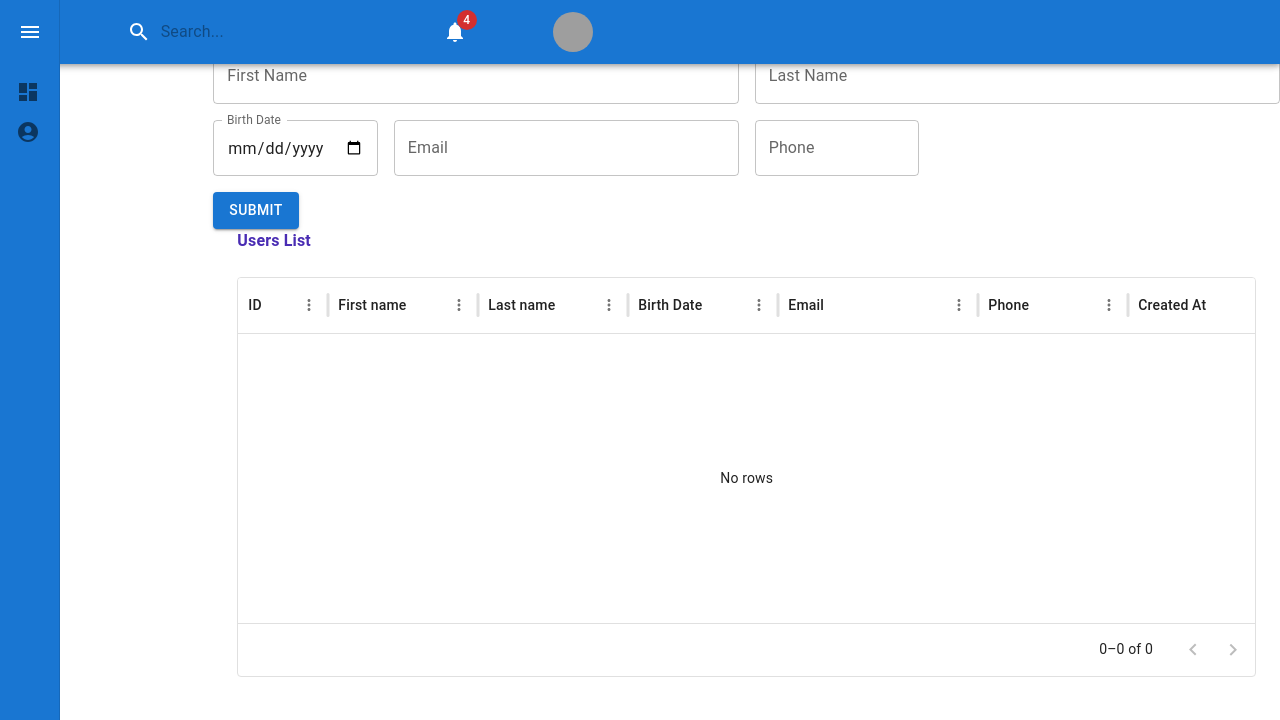
Repository: lenx0/front-client-manager
Page: /
These files come from the project's save history. The page is drawn as it stood at one moment and after a run of saves; the edit follows.
The browser window is 1280 px wide. The pictures show the whole page.
Pictures or frames that could not be fetched are drawn as grey boxes. The page's requests for data from a server got no answer. The project was rebuilt for these pictures with package versions that can differ from the ones it lists, and the page was loaded fresh each time. No one was signed in, and anything a server would have sent is missing. Also part of the build but not shown: vite.config.js, src/App.css.

Above is the page before, as saved 2024-06-25 13:18:45.

### index.html
<!doctype html>
<html lang="en">
  <head>
    <meta charset="UTF-8" />
    <meta name="viewport" content="width=device-width, initial-scale=1.0" />
    <title>Client Manager</title>
  </head>
  <body>
    <div id="root"></div>
    <script type="module" src="/src/main.jsx"></script>
  </body>
</html>

### src/App.jsx
import { Box, Grid } from '@mui/material'
import './App.css'
import UserForm from './components/UserForm'
import UserList from './components/UserList'
import Header from './components/Layout/Header'
import Sidebar from './components/Layout/Sidebar'

function App() {

  return (
    <Grid container>
      <Grid item xs={12}>
        <Header />
      </Grid>
      <Grid item xs={2}>
        <Sidebar />
      </Grid>
      <Grid item xs={10}>
        <UserForm />
        <UserList />
      </Grid>
    </Grid>
  )
}

export default App

### src/components/UserForm.jsx
import React from 'react';
import { useForm } from 'react-hook-form';
import CustomInput from './CustomInput';
import { Button, Grid, Typography } from '@mui/material';
import axios from 'axios';

const UserForm = () => {
  const { handleSubmit, control, reset } = useForm();

  const onSubmit = async (data) => {
    try {
      const response = await axios.post('http://localhost:3100/v1/users/create', data);
      console.log('Dados enviados com sucesso:', response.data);
      reset();
    } catch (error) {
      console.error('Erro ao enviar dados:', error);
    }
  };

  return (
    <Grid container direction="column" xs={12}>
      <Typography fontWeight={700} pb={3} color="#492cb3">
        General Details
      </Typography>
      <form onSubmit={handleSubmit(onSubmit)}>
        <Grid container spacing={2}>
          <Grid item xs={6}>
            <CustomInput
              name="firstName"
              control={control}
              label="First Name"
              rules={{ required: 'First name is required' }}
            />
          </Grid>
          <Grid item xs={6}>
            <CustomInput
              name="lastName"
              control={control}
              label="Last Name"
              rules={{ required: 'Last name is required' }}
            />
          </Grid>
          <Grid item xs={2}>
            <CustomInput
              name="birthDate"
              control={control}
              label="Birth Date"
              placeHolder="none"
              type="date"
              rules={{ required: 'Birth date is required' }}
              defaultValue=""
            />
          </Grid>
          <Grid item xs={4}>
            <CustomInput
              name="email"
              control={control}
              label="Email"
              type="email"
              rules={{
                required: 'Email is required',
                pattern: {
                  value: /^[a-zA-Z0-9_.+-]+@[a-zA-Z0-9-]+\.[a-zA-Z0-9-.]+$/,
                  message: 'Enter a valid email address',
                },
              }}
            />
          </Grid>
          <Grid item xs={2}>
            <CustomInput
              name="phone"
              control={control}
              label="Phone"
              rules={{ required: 'Phone number is required' }}
            />
          </Grid>
          <Grid item xs={12}>
            <Button type="submit" variant="contained" color="primary">
              Submit
            </Button>
          </Grid>
        </Grid>
      </form>
    </Grid>
  );
};

export default UserForm;

### src/components/UserList/index.jsx
import React, { useState, useEffect } from 'react';
import { DataGrid } from '@mui/x-data-grid';
import axios from 'axios';
import { Box, Container, Typography } from '@mui/material';

const UserList = () => {
  const [users, setUsers] = useState([]);
  const [loading, setLoading] = useState(true);

  useEffect(() => {
    const fetchUsers = async () => {
      try {
        const response = await axios.get('http://localhost:3100/v1/users/list');
        setUsers(response.data);
        setLoading(false);
      } catch (error) {
        console.error('Erro ao buscar usuários:', error);
        setLoading(false);
      }
    };

    fetchUsers();
  }, []);

  const columns = [
    { field: 'id', headerName: 'ID', width: 90 },
    { field: 'firstName', headerName: 'First name', width: 150 },
    { field: 'lastName', headerName: 'Last name', width: 150 },
    { field: 'birthDate', headerName: 'Birth Date', width: 150 },
    { field: 'email', headerName: 'Email', width: 200 },
    { field: 'phone', headerName: 'Phone', width: 150 },
    { field: 'moment', headerName: 'Created At', width: 180 },
  ];

  const rows = users.map((user, index) => ({
    id: index + 1,
    ...user,
  }));

  return (
    <Container>
      <Typography fontWeight={700} pb={3} color="#492cb3">Users List</Typography>
      <Box style={{ height: 400, width: '100%' }}>
        <DataGrid
          rows={rows}
          columns={columns}
          pageSize={5}
          rowsPerPageOptions={[5]}
          loading={loading}
          pagination
          paginationMode="client"
          initialState={{
            pagination: {
              paginationModel: { page: 1, pageSize: 5 }
            },
            sorting: {
              sortModel: [{ field: 'orderDate', sort: 'desc' }]
            }
          }}
        />
      </Box>
    </Container>
  );
};

export default UserList;

### src/components/Layout/Header.jsx
import React from 'react';
import { AppBar, Toolbar, InputBase, IconButton, Badge, Avatar, Grid } from '@mui/material';
import { Menu as MenuIcon, Search as SearchIcon, Notifications as NotificationsIcon, AccountCircle as AccountCircleIcon } from '@mui/icons-material';

const Header = () => {
  return (
    <AppBar position="fixed" sx={{ bgcolor: 'primary.main' }}>
      <Toolbar>
        <Grid container alignItems="center">
          <Grid item xs={1}>
            <IconButton
              size="large"
              edge="start"
              color="inherit"
              aria-label="open drawer"
            >
              <MenuIcon />
            </IconButton>
          </Grid>
          <Grid item xs={3}>
            <div style={{ display: 'flex', alignItems: 'center' }}>
              <SearchIcon style={{ marginRight: '10px' }} />
              <InputBase
                placeholder="Search..."
                inputProps={{ 'aria-label': 'search' }}
                fullWidth
              />
            </div>
          </Grid>
          <Grid item xs={1}>
            <IconButton color="inherit">
              <Badge badgeContent={4} color="error">
                <NotificationsIcon />
              </Badge>
            </IconButton>
          </Grid>
          <Grid item xs={1}>
            <Avatar alt="User Avatar" src="/avatar.jpg" sx={{ ml: 2 }} />
          </Grid>
        </Grid>
      </Toolbar>
    </AppBar>
  );
};

export default Header;

### src/components/Layout/Sidebar.jsx
import React, { useState } from 'react';
import { Drawer, List, ListItem, ListItemIcon, ListItemText, IconButton } from '@mui/material';
import { Dashboard as DashboardIcon, AccountCircle as AccountCircleIcon, Menu as MenuIcon } from '@mui/icons-material';

const Sidebar = () => {
    const [open, setOpen] = useState(false);

    const toggleDrawer = () => {
        setOpen(!open);
    };

    const handleListItemClick = () => {
        setOpen(true); // Expande o Drawer ao clicar em qualquer item da lista
    };

    return (
        <Drawer
            variant="permanent"
            sx={{
                width: open ? 240 : 60,
                flexShrink: 0,
                '& .MuiDrawer-paper': {
                    width: open ? 240 : 60,
                    boxSizing: 'border-box',
                    transition: 'width 0.3s ease-in-out',
                    bgcolor: 'primary.main',
                    color: 'white',
                },
            }}
        >
            <div style={{ display: 'flex', justifyContent: 'center', alignItems: 'center', height: '64px' }}>
                <IconButton onClick={toggleDrawer} sx={{ color: 'white' }}>
                    <MenuIcon />
                </IconButton>
            </div>
            <List>
                <ListItem button onClick={handleListItemClick}>
                    <ListItemIcon>
                        <DashboardIcon />
                    </ListItemIcon>
                    {open && <ListItemText primary="Dashboard" />}
                </ListItem>
                <ListItem button onClick={handleListItemClick}>
                    <ListItemIcon>
                        <AccountCircleIcon />
                    </ListItemIcon>
                    {open && <ListItemText primary="Profile" />}
                </ListItem>
            </List>
        </Drawer>
    );
};

export default Sidebar;

### src/components/CustomInput.jsx
import React from 'react';
import { Controller } from 'react-hook-form';
import TextField from '@mui/material/TextField';

const CustomInput = ({ name, control, label, type = 'text', rules, defaultValue = '' }) => {
  return (
    <Controller
      name={name}
      control={control}
      defaultValue={defaultValue}
      rules={rules}
      render={({ field, fieldState: { error } }) => (
        <TextField
          {...field}
          label={label}
          type={type}
          error={!!error}
          helperText={error ? error.message : null}
          variant="outlined"
          InputLabelProps={type === 'date' ? { shrink: true } : {}}
          fullWidth
        />
      )}
    />
  );
};

export default CustomInput;

Loaded but not shown: src/main.jsx (common file); src/index.css (common file)

After the next 5 saves:
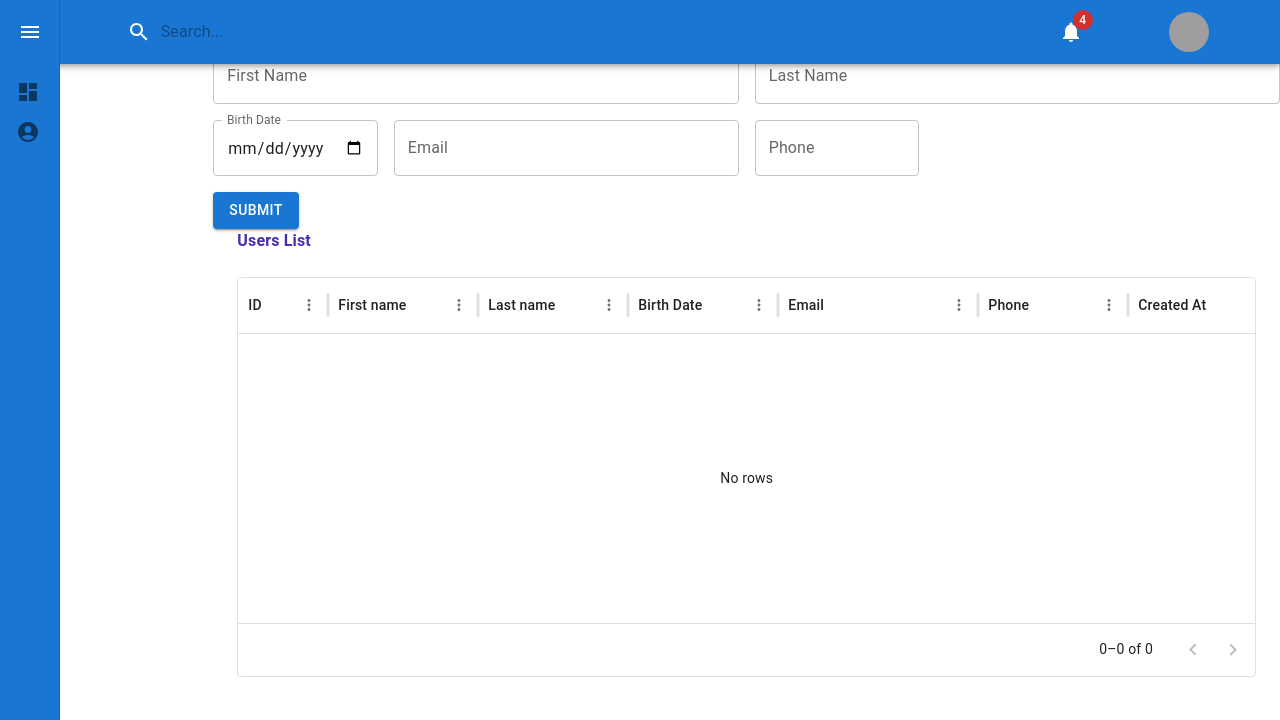
The 5 saves are shown as one change because they came seconds apart.
The last was saved 19 s later.
--- a/src/components/Layout/Header.jsx
+++ b/src/components/Layout/Header.jsx
@@ -17,7 +17,7 @@ const Header = () => {
               <MenuIcon />
             </IconButton>
           </Grid>
-          <Grid item xs={3}>
+          <Grid item xs={9}>
             <div style={{ display: 'flex', alignItems: 'center' }}>
               <SearchIcon style={{ marginRight: '10px' }} />
               <InputBase
